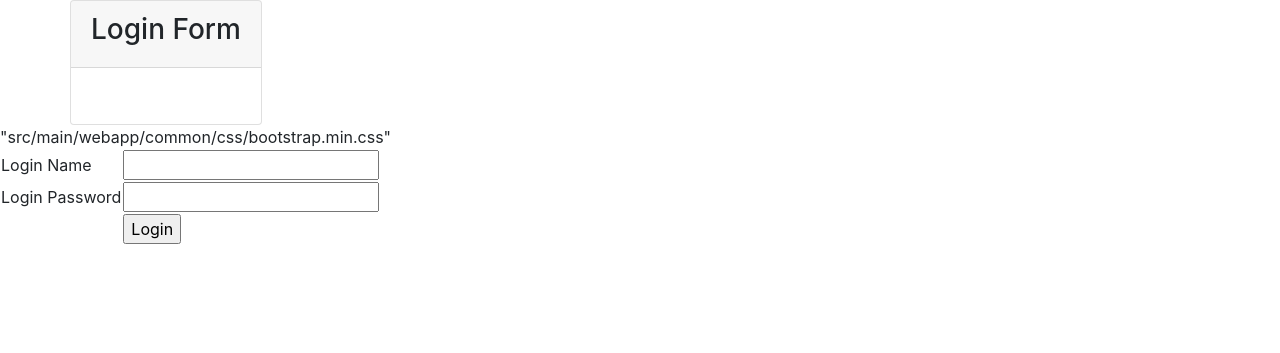
Repository: HsuMon123/Testing-Java-EE
Page: http://localhost/02-hello-servlet/
The author's editor kept a copy of each file at every save. The page is drawn from the files as they stood at one save, then again after the next save.
The browser window is 1280 px wide. The pictures show the whole page.
The page is served by Tomcat 9. Other server files are loaded and not shown.

Above is the page before, as saved 2020-12-15 07:10:06.

### 02-hello-servlet/src/main/webapp/index.jsp
<%@ page language="java" contentType="text/html; charset=ISO-8859-1"
    pageEncoding="ISO-8859-1"%>
<!DOCTYPE html>
<html>
<head>
<meta charset="ISO-8859-1">
<title>Login Page</title>
<link href="./common/css/bootstrap.min.css" rel="stylesheet" type="text/css"/>
<script type="text/javascript" src="./common/js/jquery.min.js"></script>
<script type="text/javascript" src="./common/js/bootstrap.min.js"></script>
</head>
<body>

	<div class="container">
		<div class="row">
			<div class="card">
				<div class="card-header">
					<h3>Login Form</h3>
				</div>
				<div class="card-body">
					<form action="login" class="form">
						<div class="form-group">

						</div>
					</form>
				</div>
			</div>
		</div>
	</div>


	<form action="login" method="post">
		<table>"src/main/webapp/common/css/bootstrap.min.css"
			<tr>
				<td>Login Name</td>
				<td>
					<input type="text" name="uname"/>
				</td>
			</tr>
			<tr>
				<td>Login Password</td>
				<td>
					<input type="password" name="upass" />
				</td>
			</tr>
			<tr>
				<td></td>
				<td>
					<input type="submit" value="Login" />
				</td>
			</tr>
		</table>
	</form>
</body>
</html>

Loaded but not shown: 02-hello-servlet/src/main/webapp/common/css/bootstrap.min.css (library); 02-hello-servlet/src/main/webapp/common/js/jquery.min.js (library); 02-hello-servlet/src/main/webapp/common/js/bootstrap.min.js (library)

After the next save:
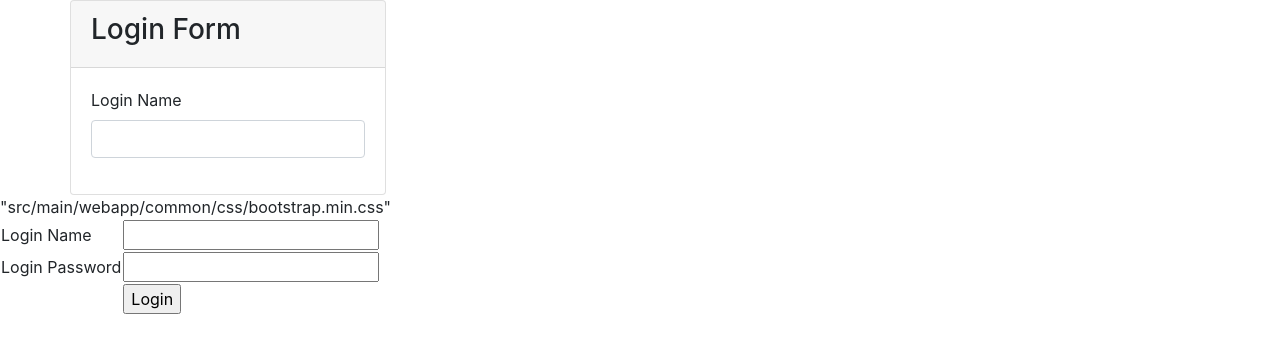
Saved 109 s later.
--- a/02-hello-servlet/src/main/webapp/index.jsp
+++ b/02-hello-servlet/src/main/webapp/index.jsp
@@ -20,7 +20,8 @@
 				<div class="card-body">
 					<form action="login" class="form">
 						<div class="form-group">
-
+							<label for="">Login Name</label>
+							<input type="text" name="uname" class="form-control" />
 						</div>
 					</form>
 				</div>
